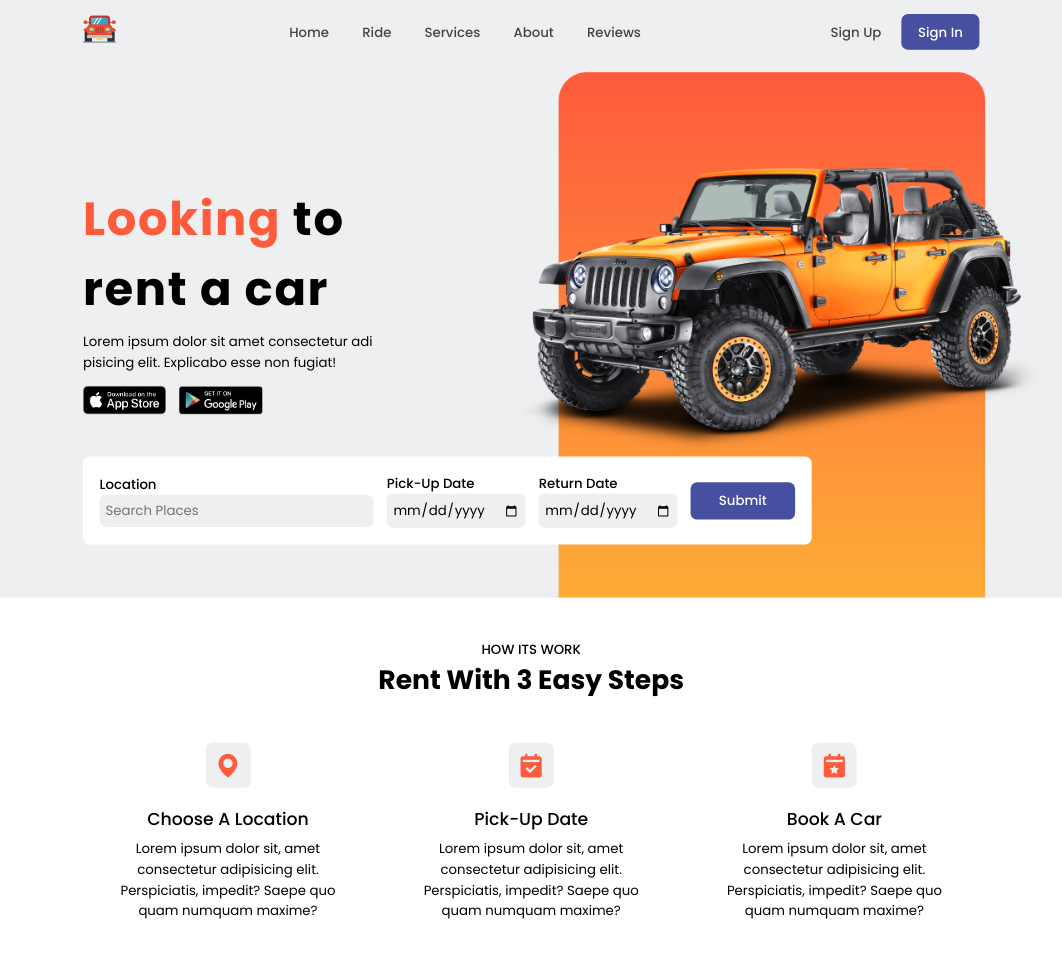
Repository: douglasabnovato/car-rental
Page: index.html
These files come from the project's save history. The page is drawn as it stood at one moment and after the next save; the edit follows.
The browser window is 1280 px wide. The pictures show the whole page, at 83% of full size.

Above is the page before, as saved 2025-05-16 14:56:48.

### index.html
<!DOCTYPE html>
<html lang="en">
  <head>
    <meta charset="UTF-8" />
    <meta name="viewport" content="width=device-width, initial-scale=1.0" />
    <title>Car Rental</title>
    <link
      rel="stylesheet"
      href="https://cdn.jsdelivr.net/npm/boxicons@latest/css/boxicons.min.css"
    />
    <link rel="stylesheet" href="./style.css" />
  </head>
  <body>
    <!-- Header -->
    <header>
      <a href="#" class="logo"
        ><img src="./assets/jeep.png" alt="logo da car rental" srcset=""
      /></a>
      <div class="bx bx-menu" id="menu-icon"></div>
      <ul class="navbar">
        <li><a href="#home">Home</a></li>
        <li><a href="#ride">Ride</a></li>
        <li><a href="#services">Services</a></li>
        <li><a href="#about">About</a></li>
        <li><a href="#reviews">Reviews</a></li>
      </ul>
      <div class="header-btn">
        <a href="#" class="sign-up">Sign Up</a>
        <a href="#" class="sign-in">Sign In</a>
      </div>
    </header>

    <!-- Home -->
    <section class="home" id="home">
      <div class="text">
        <h1>
          <span>Looking</span> to <br />
          rent a car
        </h1>
        <p>
          Lorem ipsum dolor sit amet consectetur adi <br />
          pisicing elit. Explicabo esse non fugiat!
        </p>
        <div class="app-stores">
          <img src="./assets/ios.png" alt="" />
          <img src="./assets/play.png" alt="" />
        </div>
      </div>
      <div class="form-container">
        <form action="">
          <div class="input-box">
            <span>Location</span>
            <input type="search" name="" id="" placeholder="Search Places" />
          </div>
          <div class="input-box">
            <span>Pick-Up Date</span>
            <input type="date" name="" id="" />
          </div>
          <div class="input-box">
            <span>Return Date</span>
            <input type="date" name="" id="" />
          </div>
          <input type="submit" name="" id="" class="btn" />
        </form>
      </div>
    </section>

    <!-- Ride -->
    <section class="ride" id="ride">
      <div class="heading">
        <span>How Its Work</span>
        <h1>Rent With 3 Easy Steps</h1>
      </div>
      <div class="ride-container">
        <div class="box">
          <i class="bx bxs-map"></i>
          <h2>Choose A Location</h2>
          <p>
            Lorem ipsum dolor sit, amet consectetur adipisicing elit.
            Perspiciatis, impedit? Saepe quo quam numquam maxime?
          </p>
        </div>
        <div class="box">
          <i class="bx bxs-calendar-check"></i>
          <h2>Pick-Up Date</h2>
          <p>
            Lorem ipsum dolor sit, amet consectetur adipisicing elit.
            Perspiciatis, impedit? Saepe quo quam numquam maxime?
          </p>
        </div>
        <div class="box">
          <i class="bx bxs-calendar-star"></i>
          <h2>Book A Car</h2>
          <p>
            Lorem ipsum dolor sit, amet consectetur adipisicing elit.
            Perspiciatis, impedit? Saepe quo quam numquam maxime?
          </p>
        </div>
      </div>
    </section>

    <!-- Services -->

    <!-- Link to JS -->
    <script src="./script.js"></script>
  </body>
</html>

### style.css
@import url("https://fonts.googleapis.com/css2?family=Noto+Sans:ital,wght@0,100..900;1,100..900&family=Poppins:ital,wght@0,100;0,200;0,300;0,400;0,500;0,600;0,700;0,800;0,900;1,100;1,200;1,300;1,400;1,500;1,600;1,700;1,800;1,900&display=swap");

* {
  margin: 0;
  padding: 0;
  box-sizing: border-box;
  scroll-padding-top: 2rem;
  scroll-behavior: smooth;
  list-style: none;
  text-decoration: none;
  font-family: "Poppins", sans-serif;
}

:root {
  --main-color: #fe5b3d;
  --second-color: #ffac38;
  --text-color: #444;
  --gradient: linear-gradient(#fe5b3d, #ffac38);
}

html::-webkit-scrollbar {
  width: 0.5rem;
}

html::-webkit-scrollbar-track {
  background: transparent;
}

html::-webkit-scrollbar-thumb {
  background: var(--main-color);
  border-radius: 5rem;
}

section {
  padding: 50px 100px;
}

/* Header */

header {
  position: fixed;
  width: 100%;
  top: 0;
  right: 0;
  z-index: 1000;
  display: flex;
  align-items: center;
  justify-content: space-between;
  background: #eeeff1;
  padding: 15px 100px;
}

.logo img {
  width: 40px;
}

.navbar {
  display: flex;
}

.navbar li {
  position: relative;
}

.navbar a {
  font-size: 1rem;
  padding: 10px 20px;
  color: var(--text-color);
  font-weight: 500;
}

.navbar a:after {
  content: "";
  width: 0;
  height: 3px;
  background: var(--gradient);
  position: absolute;
  bottom: -4px;
  left: 0;
  transition: 0.5s;
}

.navbar a:hover::after {
  width: 100%;
}

#menu-icon {
  font-size: 24px;
  cursor: pointer;
  z-index: 10001;
  display: none;
}

.header-btn a {
  padding: 10px 20px;
  color: var(--text-color);
  font-weight: 500;
}

.header-btn .sign-in {
  background: #474fa0;
  color: #fff;
  border-radius: 0.5rem;
}

.header-btn .sign-in:hover {
  background: var(--main-color);
}

/* Home */
.home {
  width: 100%;
  min-height: 100vh;
  position: relative;
  background: url(./assets/Car\ Website\ –\ 1@2x.png);
  background-repeat: no-repeat;
  background-position: center right;
  background-size: cover;
  display: grid;
  align-items: center;
  grid-template-columns: repeat(2, 1fr);
}

.text h1 {
  font-size: 3.5rem;
  letter-spacing: 2px;
}

.text span {
  color: var(--main-color);
}

.text p {
  margin: 0.5rem 0 1rem;
}

.app-stores {
  display: flex;
}

.app-stores img {
  width: 100px;
  margin-right: 1rem;
  cursor: pointer;
}

.form-container form {
  display: flex;
  flex-wrap: wrap;
  align-items: center;
  gap: 1rem;
  position: absolute;
  bottom: 4rem;
  left: 100px;
  background: #fff;
  padding: 20px;
  border-radius: 0.5rem;
}

.input-box {
  flex: 1 1 7rem;
  display: flex;
  flex-direction: column;
}

.input-box span {
  font-weight: 500;
}

.input-box input {
  padding: 7px;
  outline: none;
  border: none;
  background: #eeeff1;
  border-radius: 0.5rem;
  font-size: 1rem;
}

.form-container form .btn {
  flex: 1 1 7rem;
  padding: 10px 34px;
  border: none;
  border-radius: 0.5rem;
  background: #474fa0;
  color: #fff;
  font-size: 1rem;
  font-weight: 500;
}

.form-container form .btn:hover {
  background: var(--main-color);
  cursor: pointer;
}

/* Ride */
.heading {
  text-align: center;
}

.heading span {
  font-weight: 500;
  text-transform: uppercase;
}

.heading h1 {
  font-size: 2rem;
}

.ride-container {
  display: grid;
  align-items: center;
  grid-template-columns: repeat(auto-fit, minmax(250px, auto));
  gap: 1rem;
  margin-top: 2rem;
}

.ride-container .box {
  text-align: center;
  padding: 20px;
}

.ride-container .box .bx {
  font-size: 34px;
  padding: 10px;
  background: #eeeff1;
  border-radius: 0.5rem;
  color: var(--main-color);
}

.ride-container .box h2 {
  font-size: 1.3rem;
  font-weight: 500;
  margin: 1.4rem 0 0.5rem;
}

.ride-container .box .bx:hover,
.ride-container .box .bx .bxs-calendar-star {
  background: var(--gradient);
  color: #fff;
}

/* Services */

Loaded but not shown: script.js (no stored copy; drawn as an empty file)

After the next save:
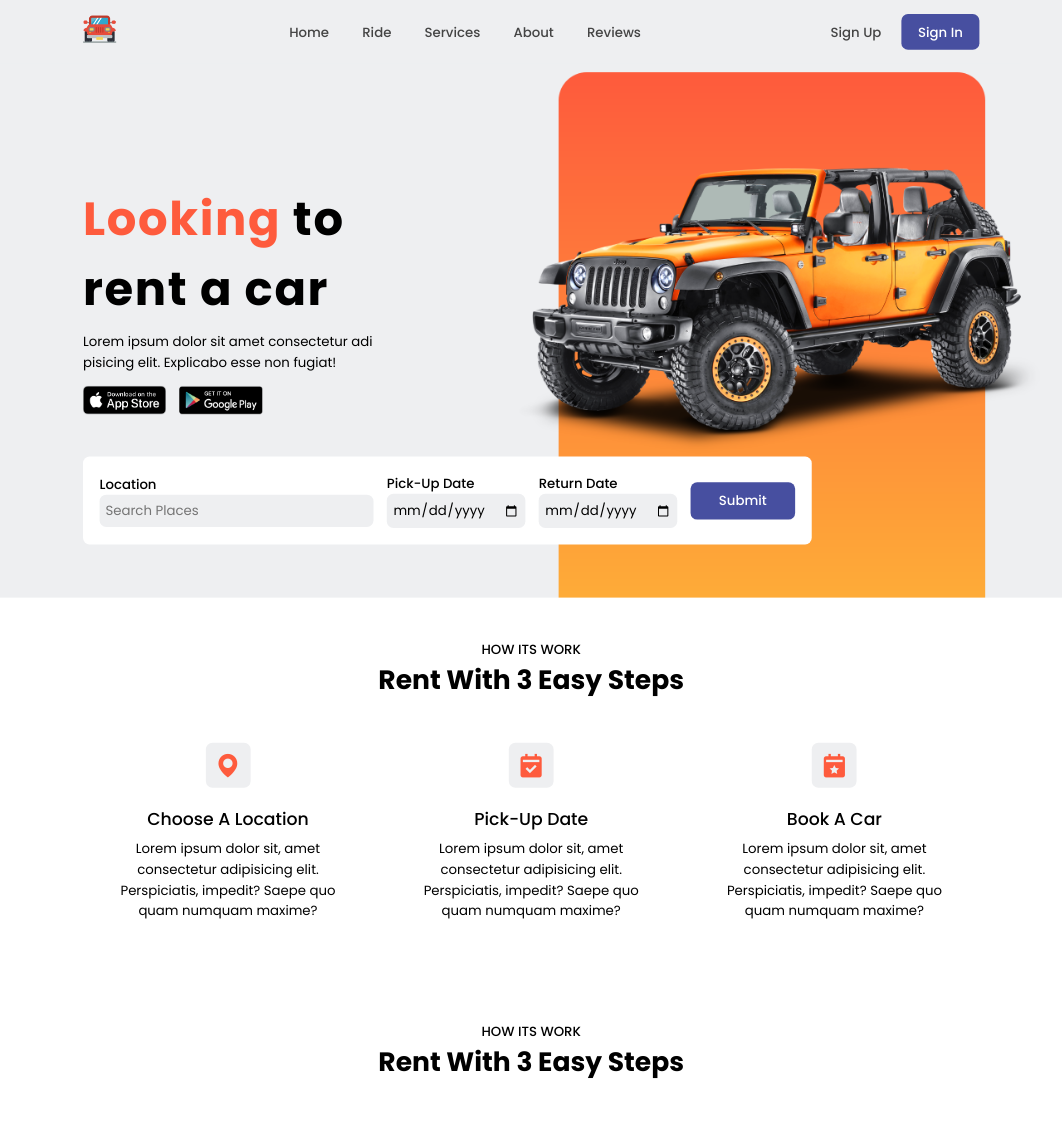
Saved 55 s later.
--- a/index.html
+++ b/index.html
@@ -100,7 +100,12 @@
     </section>
 
     <!-- Services -->
-
+    <section class="services" id="services">
+      <div class="heading">
+        <span>How Its Work</span>
+        <h1>Rent With 3 Easy Steps</h1>
+      </div>
+    </section>
     <!-- Link to JS -->
     <script src="./script.js"></script>
   </body>
